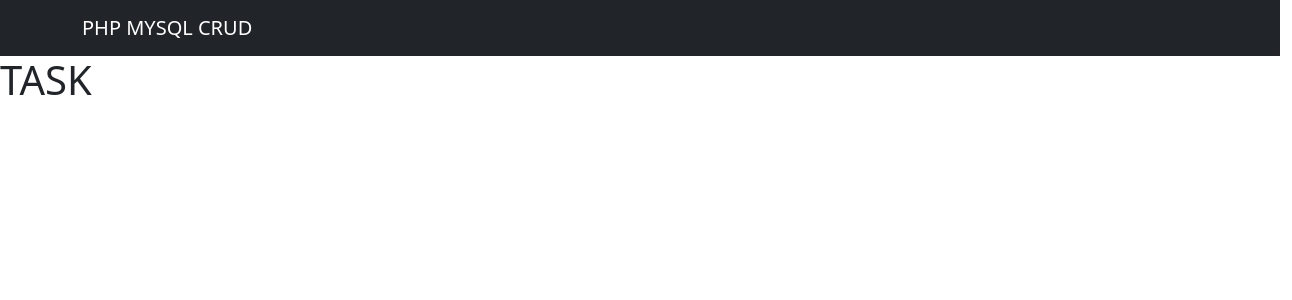
Repository: NickArregoces/Task_Crud
Page: http://localhost/
An editor plug-in stored every save of this project. The page is shown before and after the next save, followed by the edit.
The browser window is 1280 px wide. The page is 1280 px wide, then 1292 px, so the pictures cover 1292 px, including what lies to the right of the window. The pictures show the whole page.
Some web libraries are served in a nearby version. The page is run by PHP 8.4 with error messages shown; the project is at /var/www/html/.

Above is the page before, as saved 2022-03-17 16:37:17.

### index.php
<?php include("db.php") ?>

<?php include("includes/header.php") ?>

<h1>TASK</h1>


<?php include("includes/footer.php") ?>

### db.php
<?php
$conn = mysqli_connect( //var
    'localhost',//dominio
    'root',//usuario
    '',//constraseña
    'Php_mysql_CRUD'//database
);

?>

### includes/header.php
<!DOCTYPE html>
<html lang="en">
<head>
    <meta charset="UTF-8">
    <meta http-equiv="X-UA-Compatible" content="IE=edge">
    <meta name="viewport" content="width=device-width, initial-scale=1.0">
    <title>Task</title>
    <!--Bootstrap-->
    <link href="https://cdn.jsdelivr.net/npm/bootstrap@5.1.3/dist/css/bootstrap.min.css" rel="stylesheet" integrity="sha384-1BmE4kWBq78iYhFldvKuhfTAU6auU8tT94WrHftjDbrCEXSU1oBoqyl2QvZ6jIW3" crossorigin="anonymous">

</head>
<body>

<nav class="navbar navbar-dark bg-dark">
    <div class="container"> <!--centrar div-->
        <a href="index.php" class="navbar-brand">PHP MYSQL CRUD</a>
    </div>

</nav>

### includes/footer.php
    <!--Scripts-->
    <script src="https://cdn.jsdelivr.net/npm/bootstrap@5.1.3/dist/js/bootstrap.bundle.min.js" integrity="sha384-ka7Sk0Gln4gmtz2MlQnikT1wXgYsOg+OMhuP+IlRH9sENBO0LRn5q+8nbTov4+1p" crossorigin="anonymous"></script>

    <script src="https://cdn.jsdelivr.net/npm/@popperjs/core@2.10.2/dist/umd/popper.min.js" integrity="sha384-7+zCNj/IqJ95wo16oMtfsKbZ9ccEh31eOz1HGyDuCQ6wgnyJNSYdrPa03rtR1zdB" crossorigin="anonymous"></script>

    <script src="https://cdn.jsdelivr.net/npm/bootstrap@5.1.3/dist/js/bootstrap.min.js" integrity="sha384-QJHtvGhmr9XOIpI6YVutG+2QOK9T+ZnN4kzFN1RtK3zEFEIsxhlmWl5/YESvpZ13" crossorigin="anonymous"></script>
    </body>
</html>

After the next save:
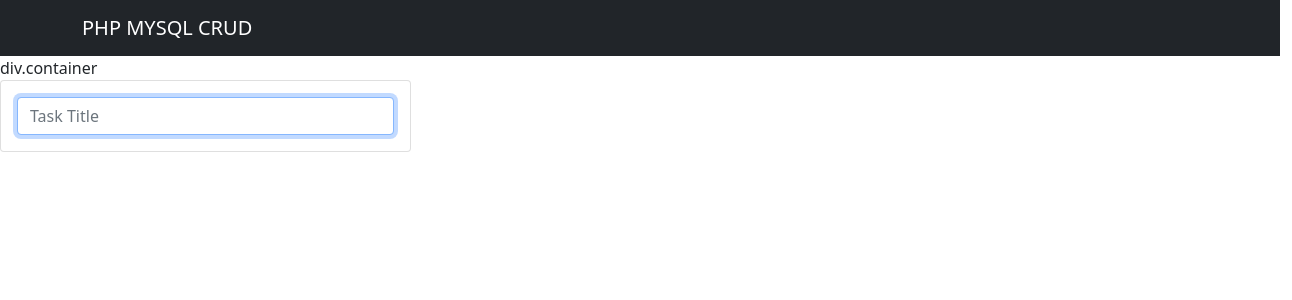
Saved 3 min 32 s later.
--- a/index.php
+++ b/index.php
@@ -2,7 +2,22 @@
 
 <?php include("includes/header.php") ?>
 
-<h1>TASK</h1>
+div.container <p-4>
+    <div class="row">
+        <div class="col-md-4">
+            <div class="card card-body"><!--tarjeta-->
+                <form action="">
+                    <div class="form-group">
+                        <input type="text" name="title" class ="form-control" placeholder ="Task Title" autofocus>
+                    </div>
+                </form>
+            </div>
+        </div>
 
+        <div class="col-md-8">
+
+        </div>
+    </div>
+</p-4>
 
 <?php include("includes/footer.php") ?>
